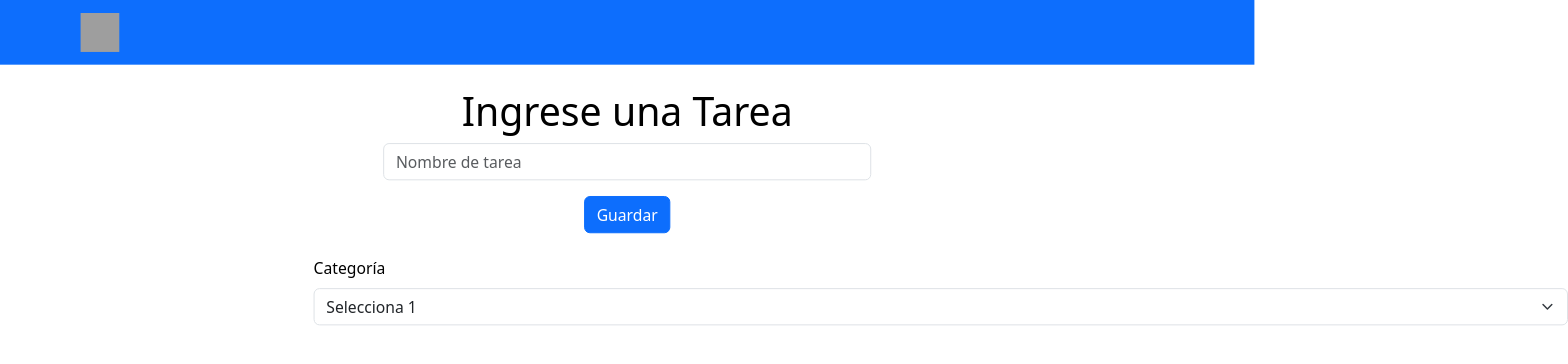
Repository: mgarrido0gb/registroTareas
Page: http://localhost/Tareas/Home
An editor plug-in stored every save of this project. The page is shown before and after the next save, followed by the edit.
The browser window is 1280 px wide. The page is 1600 px wide, then 1292 px, so the pictures cover 1600 px, including what lies to the right of the window. The pictures show the whole page, at 98% of full size.
Pictures or frames that could not be fetched are drawn as grey boxes. The page is served by Tomcat 10. Other server files are loaded and not shown. Queries for data that is not in the repository find no rows.

Above is the page before, as saved 2024-05-21 20:35:51.

### Tareas/src/main/webapp/WEB-INF/home.jsp
<%@page import="models.Categoria"%>
<%@page import="models.Tarea"%>
<%@ page language="java" contentType="text/html; charset=ISO-8859-1"
    pageEncoding="ISO-8859-1" import="java.util.ArrayList" import="models.Tarea" import="models.Categoria"%>
<!doctype html>
<html lang="en">
  <head>
    <meta charset="utf-8">
    <meta name="viewport" content="width=device-width, initial-scale=1">
    <title>Registro Tareas</title>
    <link href="https://cdn.jsdelivr.net/npm/bootstrap@5.3.3/dist/css/bootstrap.min.css" rel="stylesheet" integrity="sha384-QWTKZyjpPEjISv5WaRU9OFeRpok6YctnYmDr5pNlyT2bRjXh0JMhjY6hW+ALEwIH" crossorigin="anonymous">
    <style type="text/css">
    	body{
    		background-color: white;
    		color: black;
    	}

    	li{
    		color: black;
    	}

    	.logotipo{
    		width: 30px;
    		height: 30px;
    	}






    </style>

  </head>
  <body>
  	<nav class="navbar bg-primary" id="nav">
  		<div class="container">
    		<a class="navbar-brand" href="#">
      			<img src="https://cdn-icons-png.flaticon.com/512/181/181627.png"  width="40" height="40">
    		</a>
  		</div>
	</nav>

    <div class="container">
    	<div class="row justify-content-center">
        	<div class="col-12 col-md-9 col-lg-6">
            	<form action="/Tareas/Home" method="post">
                	<div class="p-4">
                    	<h1 class="text-center">Ingrese una Tarea</h1>
                    	<div class="form-group">
                        	<input class="form-control" placeholder="Nombre de tarea" name="texto" type="text" required>
                    	</div>
                    	<div class="text-center mt-3">
                        	<input type="submit" value="Guardar" class="btn btn-primary" onclick="mensaje()">
                    	</div>
                	</div>
            	</form>
        	</div>
    	</div>
	</div>

	<% ArrayList<Categoria> cats = (ArrayList<Categoria>)request.getAttribute("cats"); %>

	<div class="col-12 offset-3">
              <label for="exampleInputPassword1" class="form-label">Categoría</label>
              <select class="form-select" name="categoria_id" required>
                <option selected value>Selecciona 1</option>
                <% for (Categoria c: cats) { %>
                	<option value="<%=c.id %>"><%=c.nombre %></option>
                <% } %>
              </select>
            </div>


   <div class="row">
   		<div class="col-6 offset-3 d-block m-auto m-0 p-2 col-md-3">
   			 <%
    			ArrayList<Tarea> tareas = (ArrayList<Tarea>)request.getAttribute("tareas");
    		%>

    			<% for (Tarea t: tareas) { %>
    				<ul class="list-group text-center">
    					<li <% if (t.completada == true){ %>class="text-decoration-line-through text-danger"<% } %> class="list-group-item text-center">
    		 				<%=t.texto %> (creada en: <%=t.fecha %>)
    		 				<a href="/Tareas/CheckearTarea?id=<%=t.id%>"><img src="https://img.icons8.com/?size=48&id=sz8cPVwzLrMP&format=png" class="logotipo" onclick="check()" ></img></a>
    		 				<a href="/Tareas/GestionTarea?id=<%=t.id%>"><img src="https://img.icons8.com/?size=48&id=pre7LivdxKxJ&format=png" class="logotipo" onclick="eliminar()"></img></a>
    					</li>
    				<br>
    			<%}%>
    		</ul>

   		</div>
   </div>


   <script type="text/javascript">


   	function mensaje(){
   		alert("Tarea Agregada con éxito");
   	}

   	function eliminar(){
   		alert("Tarea eliminada con éxito");
   	}

   	function check(){
   		alert("Tarea Realizada con éxito");
   	}

   </script>
    <script src="https://cdn.jsdelivr.net/npm/bootstrap@5.3.3/dist/js/bootstrap.bundle.min.js" integrity="sha384-YvpcrYf0tY3lHB60NNkmXc5s9fDVZLESaAA55NDzOxhy9GkcIdslK1eN7N6jIeHz" crossorigin="anonymous"></script>
  </body>
</html>

### Tareas/src/main/java/servlets/Home.java
package servlets;

import jakarta.servlet.RequestDispatcher;
import jakarta.servlet.ServletException;
import jakarta.servlet.annotation.WebServlet;
import jakarta.servlet.http.HttpServlet;
import jakarta.servlet.http.HttpServletRequest;
import jakarta.servlet.http.HttpServletResponse;
import models.Categoria;
import models.Tarea;

import java.io.IOException;
import java.sql.SQLException;
import java.util.ArrayList;

import daos.CategoriaDao;
import daos.TareaDao;


/**
 * Servlet implementation class Home
 */
public class Home extends HttpServlet {
	private static final long serialVersionUID = 1L;

    /**
     * Default constructor.
     */
    public Home() {
        // TODO Auto-generated constructor stub
    }

	/**
	 * @throws IOException
	 * @throws ServletException
	 * @see HttpServlet#doGet(HttpServletRequest request, HttpServletResponse response)
	 */
	protected void doGet(HttpServletRequest request, HttpServletResponse response) throws ServletException, IOException  {
		// TODO Auto-generated method stub
		try {
			ArrayList<Tarea> tareas = TareaDao.getAll();
			System.out.println(tareas);
			request.setAttribute("tareas", tareas);

			ArrayList<Categoria> cats = CategoriaDao.getAll();
			request.setAttribute("cats", cats);
		} catch(SQLException e) {
			System.out.println(e);
		}


		// 2. Cargamos el JSP
		RequestDispatcher vista = request.getRequestDispatcher("WEB-INF/home.jsp");
		vista.forward(request, response);
	}

	/**
	 * @see HttpServlet#doPost(HttpServletRequest request, HttpServletResponse response)
	 */
	protected void doPost(HttpServletRequest request, HttpServletResponse response) throws ServletException, IOException {
		// TODO Auto-generated method stub
		String textoNuevaTarea = request.getParameter("texto");
		try {
			TareaDao.addNew(textoNuevaTarea);

		} catch (SQLException e) {
			// TODO Auto-generated catch block
			e.printStackTrace();
		}


		response.sendRedirect("/Tareas/Home");
	}

}

### Tareas/src/main/java/daos/TareaDao.java
package daos;

import java.sql.Connection;
import java.sql.PreparedStatement;
import java.sql.ResultSet;
import java.sql.SQLException;
import java.sql.Statement;
import java.util.ArrayList;

import models.Categoria;
import models.MyConn;
import models.Tarea;

public class TareaDao {

	static public void addNew(String textoNuevaTarea) throws SQLException {
		//1.-  nueva conexion
		Connection conn = MyConn.getConnection();
		//2.- consulta
		PreparedStatement consulta =conn.prepareStatement("INSERT INTO TAREAS (texto) values(?)");
		consulta.setString(1, textoNuevaTarea);
		consulta.execute();
	}

	static public void deleteById (int idTarea) throws SQLException {
		// 1. Pedimos una conexion nueva
		Connection conn = MyConn.getConnection();
		// 2. Creamos la consulta
		PreparedStatement stmt = conn.prepareStatement(
			"delete from tareas where id=?"
		);
		stmt.setInt(1, idTarea);
		// 3. Ejecutar la stmt
		stmt.executeUpdate();
	  }

	static public void checkById (int idTarea) throws SQLException {
		// 1. Pedimos una conexion nueva
		Connection conn = MyConn.getConnection();
		// 2. Creamos la consulta
		PreparedStatement stmt = conn.prepareStatement(
			"update tareas set completada = true where id = ?"
		);
		stmt.setInt(1, idTarea);
		// 3. Ejecutar la stmt
		stmt.executeUpdate();
	  }





	static public ArrayList<String> get_textos () throws SQLException {
		// 1. Creamos un ArrayList vacío
		ArrayList<String> textos = new ArrayList<String>();
		// 2. Pedimos una conección nueva
		Connection conn = MyConn.getConnection();
		// 3. Creamos y ejecutamos la consulta
		Statement consulta = conn.createStatement();
		ResultSet respuesta = consulta.executeQuery("select * from tareas");

		// 4. Vamos llenando el ArrayList con lo que tenga la respuesta
		while (respuesta.next()) {
		  textos.add( respuesta.getString("texto") );
		}
		// 5. Retornamos el ArrayList, ahora lleno
		return textos;
	  }



	static public ArrayList<Tarea> getAll () throws SQLException {
		// 1. Creamos un ArrayList vacío
		ArrayList<Tarea> tareas = new ArrayList<Tarea>();
		// 2. Pedimos una conección nueva
		Connection conn = MyConn.getConnection();
		// 3. Creamos y ejecutamos la consulta
		Statement consulta = conn.createStatement();
		ResultSet respuesta = consulta.executeQuery("select * from tareas");

		// 4. Vamos llenando el ArrayList con lo que tenga la respuesta
		while (respuesta.next()) {
			Tarea t = new Tarea(
					respuesta.getInt("id"),
					respuesta.getString("texto"),
					respuesta.getBoolean("completada"),
					respuesta.getDate("fecha")

			);
		  tareas.add(t);
		}
		return tareas;
	  }
}

### Tareas/src/main/java/models/MyConn.java
package models;

import java.sql.Connection;
import java.sql.DriverManager;
import java.sql.SQLException;

public class MyConn {
	static final String URL = "jdbc:postgresql://localhost/ejemplo_dao";
	static final String USER = "postgres";
	static final String PASSWORD = "12345";
	static final String DRIVER = "org.postgresql.Driver";

	static public Connection conn = null;

    static public Connection getConnection () {
      if (conn != null) {
        return conn;
      }
      try {
    	Class.forName(DRIVER);
    	conn = (Connection) DriverManager.getConnection(URL, USER, PASSWORD);
      }
      catch (ClassNotFoundException | SQLException e) {
    	e.printStackTrace();
      }
      return conn;
    }
}

### Tareas/src/main/java/daos/CategoriaDao.java
package daos;

import java.sql.Connection;
import java.sql.ResultSet;
import java.sql.SQLException;
import java.sql.Statement;
import java.util.ArrayList;

import models.Categoria;
import models.MyConn;


public class CategoriaDao {
	static public ArrayList<Categoria> getAll () throws SQLException {
		// 1. Creamos un ArrayList vacío
				ArrayList<Categoria> categorias = new ArrayList<Categoria>();
				// 2. Pedimos una conección nueva
				Connection conn = MyConn.getConnection();
				// 3. Creamos y ejecutamos la consulta
				Statement consulta = conn.createStatement();
				ResultSet respuesta = consulta.executeQuery("select * from categorias order by id");

				// 4. Vamos llenando el ArrayList con lo que tenga la respuesta
				while (respuesta.next()) {
				  Categoria t = new Categoria(
					respuesta.getInt("id"),
					respuesta.getString("nombre")
				  );
				  categorias.add( t );
				}
			  // 5. Retornamos el ArrayList, ahora lleno
			  return categorias;
}}

After the next save:
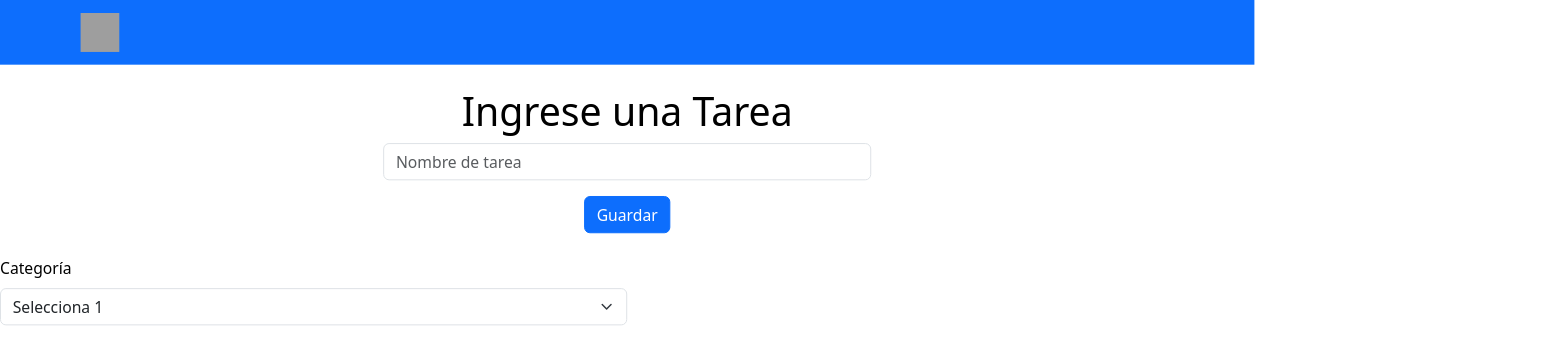
Saved 21 s later.
--- a/Tareas/src/main/webapp/WEB-INF/home.jsp
+++ b/Tareas/src/main/webapp/WEB-INF/home.jsp
@@ -61,7 +61,7 @@
 
 	<% ArrayList<Categoria> cats = (ArrayList<Categoria>)request.getAttribute("cats"); %>
 
-	<div class="col-12 offset-3">
+	<div class="col-12 col-md-9 col-lg-6">
               <label for="exampleInputPassword1" class="form-label">Categoría</label>
               <select class="form-select" name="categoria_id" required>
                 <option selected value>Selecciona 1</option>
